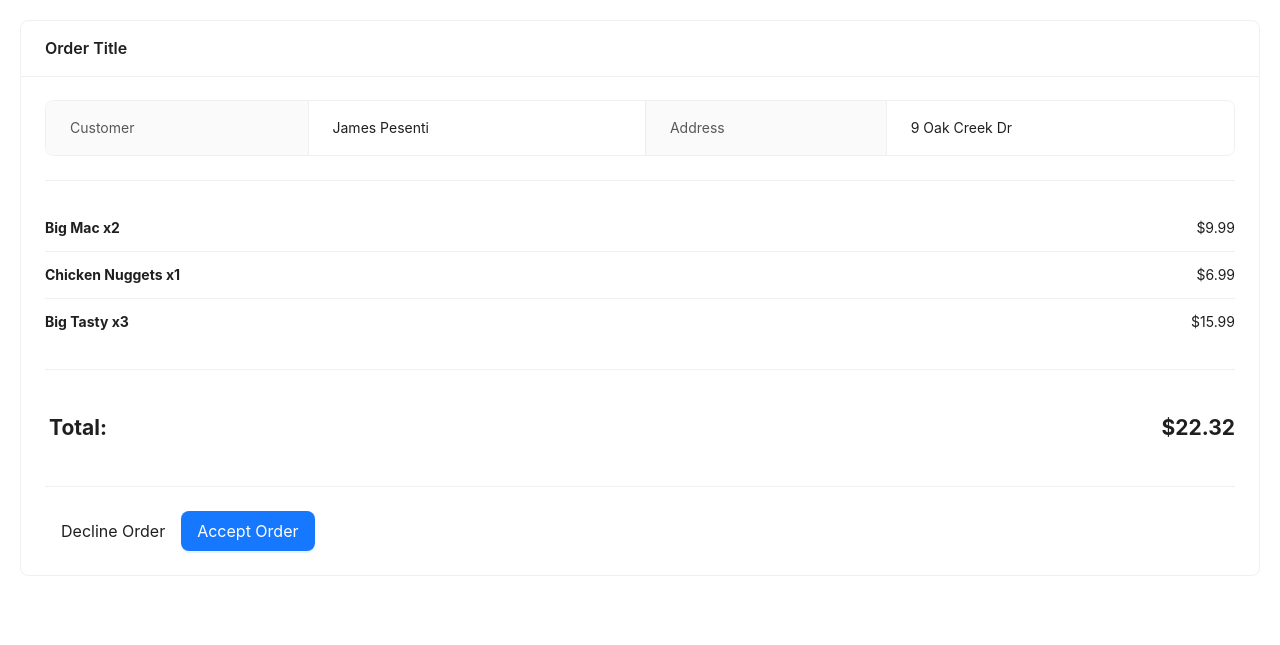
Repository: JamesPesenti/UberEatsDashboard
Page: /
The author's editor kept a copy of each file at every save. The page is drawn from the files as they stood at one save, then again after the next save.
The browser window is 1280 px wide. The pictures show the whole page.
The project was rebuilt for these pictures with package versions that can differ from the ones it lists, and the page was loaded fresh each time.

Above is the page before, as saved 2023-02-25 07:07:38.

After the next save:
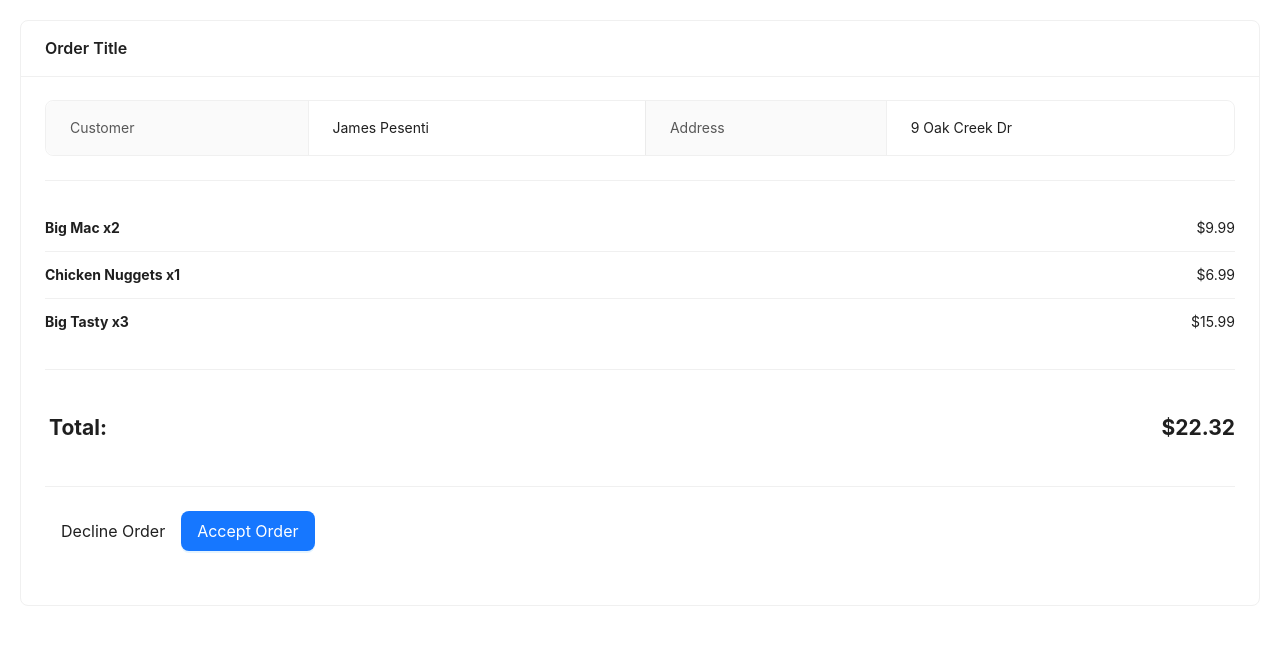
Saved 108 s later.
--- a/src/App.js
+++ b/src/App.js
@@ -50,7 +50,8 @@
     fontWeight: "bold"
   },
   buttonContainer: {
-    display: "flex"
+    display: "flex",
+    paddingBottom: 30
   },
 }
 

After the save that followed:
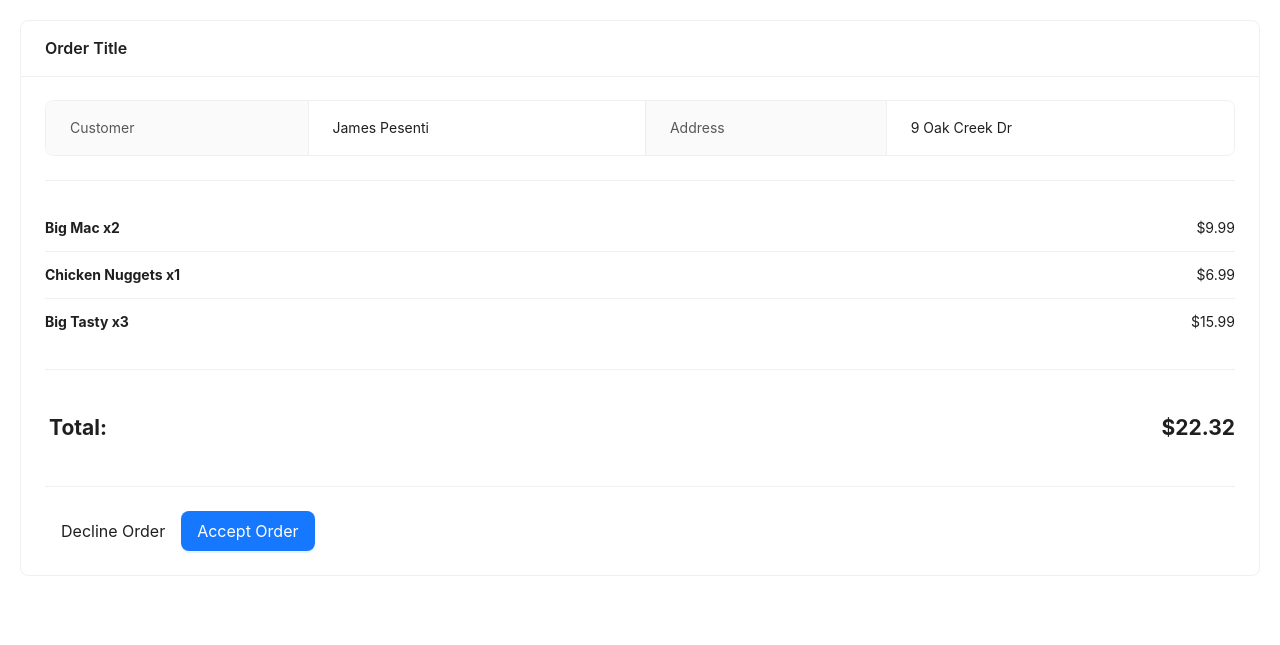
Saved 18 s later.
--- a/src/App.js
+++ b/src/App.js
@@ -51,7 +51,6 @@
   },
   buttonContainer: {
     display: "flex",
-    paddingBottom: 30
   },
 }
 
